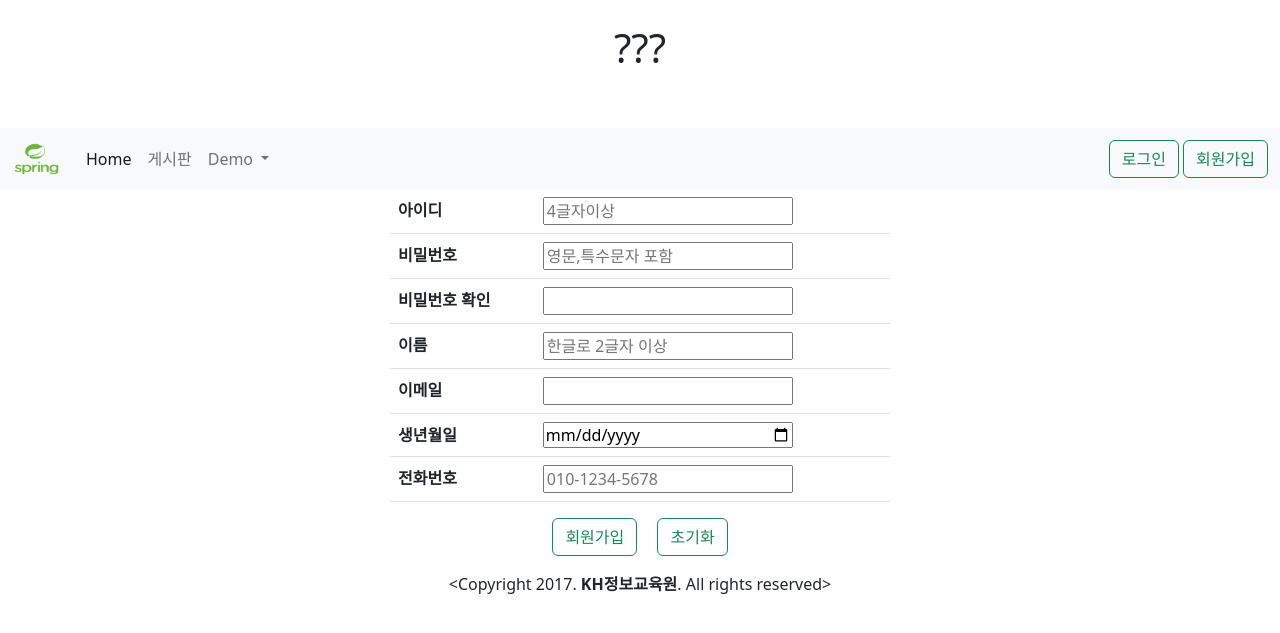
Repository: yerimeee/06_springWork
Page: http://localhost/springProject/WEB-INF/views/board/boardForm.jsp
The author's editor kept a copy of each file at every save. The page is drawn from the files as they stood at one save, then again after the next save.
The browser window is 1280 px wide. The pictures show the whole page.
The page is served by Tomcat 9. Nobody is signed in. The template is opened directly, without the code that normally fills it, so the values that code supplies are empty.

Above is the page before, as saved 2023-06-19 01:12:00.

After the next save:
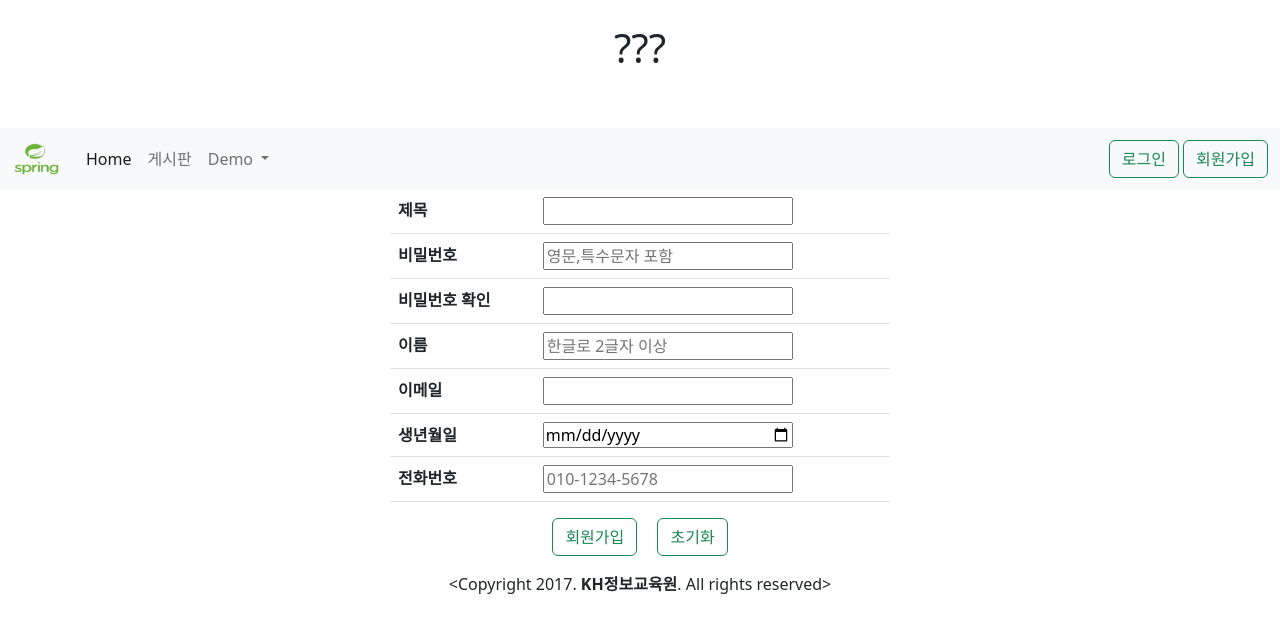
Console error: TypeError: Cannot read properties of null (reading 'addEventListener')
Saved 24 s later.
--- a/springProject/src/main/webapp/WEB-INF/views/board/boardForm.jsp
+++ b/springProject/src/main/webapp/WEB-INF/views/board/boardForm.jsp
@@ -16,11 +16,9 @@
 		<form action="${pageContext.request.contextPath}/board/boardEnroll.bo" method="post" name="enrollfrm" enctype="multipart/form">
 			<table class="table">
 				<tr>
-					<th scope="col">아이디</th>
+					<th scope="col">제목</th>
 					<td scope="col">
-						<input name="userId" placeholder="4글자이상" id="userId" required>
-						<span class="guide ok">아이디 사용가능</span>
-						<span class="guide error">아이디 사용불가</span>
+						<input name="boardTitle" required>
 					</td>
 				</tr>
 				<tr>
